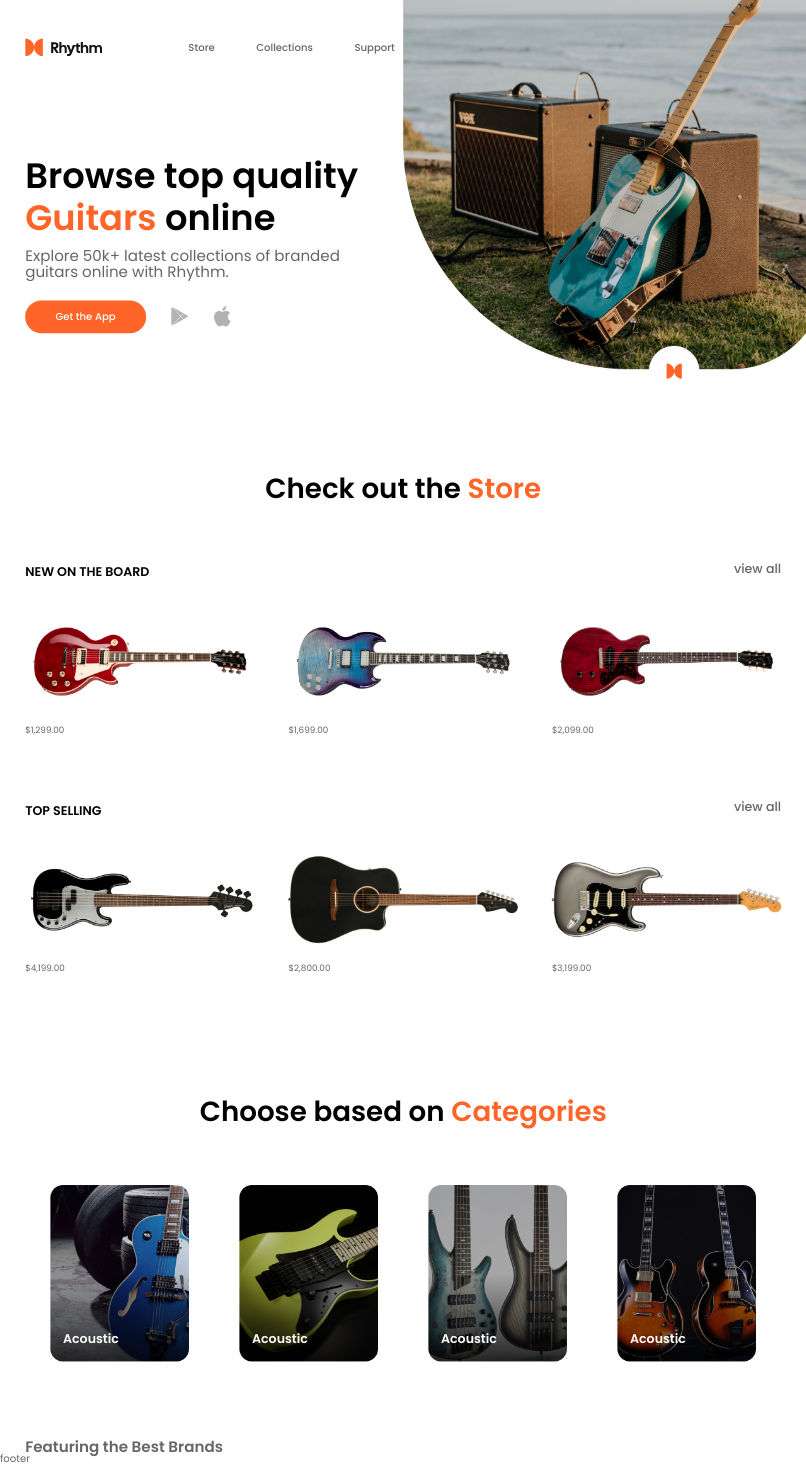
Repository: MorgunovaAlexandra/verstka-gitare-store
Page: index.html
The author's editor kept a copy of each file at every save. The page is drawn from the files as they stood at one save, then again after the next save.
The browser window is 1280 px wide. The pictures show the whole page, at 63% of full size.

Above is the page before, as saved 2022-06-11 17:33:25.

### index.html
<!DOCTYPE html>
<html lang="en">
<head>
    <meta charset="UTF-8">
    <meta http-equiv="X-UA-Compatible" content="IE=edge">
    <meta name="viewport" content="width=device-width, initial-scale=1.0">
    <link rel="stylesheet" href="./style.css">
    <title>Document</title>
</head>
<body>
    <div class="wrapper">
        <header class="header">
            <div class="header__container _container">
                <a href="" class="header__logo">
                    <img src="./img/logo.svg" alt="">
                </a>
                <nav class="header__menu menu">
                    <ul class="menu__list">
                        <li class="menu__item">
                            <a href="" class="menu__link">Store</a>
                        </li>
                        <li class="menu__item">
                            <a href="" class="menu__link">Collections</a>
                        </li>
                        <li class="menu__item">
                            <a href="" class="menu__link">Support</a>
                        </li>
                    </ul>
                </nav>
            </div>
        </header>
        <main class="page">
            <section class="page__main main">
                <div class="main__container _container">
                    <div class="main__content">
                        <h1 class="main__title">Browse top quality <span>Guitars</span> online</h1>
                        <p class="main__text">Explore 50k+ latest collections of branded guitars online with Rhythm.</p>
                        <div class="main_actions actions-main">
                            <a href="" class="actions-main__button">Get the App</a>
                            <div class="actions-main__icon"><img src="./img/Group.png" alt="playMarket"></div>
                            <div class="actions-main__icon"><img src="./img/Apple logo.png" alt="apple"></div>
                        </div>
                    </div>
                    <div class="main_decor decor-main">
                        <div class="decor-main__image">
                            <img  src="./img/unsplash_H6j0Zsy91WY.png"alt="Main">
                        </div>
                    </div>
                </div>
            </section>
            <section class="page_store store">
               <div class="store_container _container">
                   <h2 class="store_title _title">
                    Check out the <span>Store</span>
                   </h2>
                   <div class="store__body body-store">
                       <div class="body-store__header">
                           <div class="body-store__title">NEW ON THE BOARD</div>
                           <a class="body-store__all">view all</a>
                       </div>
                       <div class="body-store__items">
                           <div class="body-store__item item">
                             <a href="" class="item__image">
                                 <img class="img-gitara" src="./img/1gitara.jpg" alt="gitare">
                             </a>
                             <div class="item__title">The Essential Les Paul</div>
                             <div class="item__price">$1,299.00</div>
                           </div>
                           <div class="body-store__item item">
                            <a href="" class="item__image">
                                <img  class="img-gitara" src="./img/2gitare.jpg" alt="gitare">
                            </a>
                            <div class="item__title">J-45 Standard</div>
                            <div class="item__price">$1,699.00</div>
                          </div>
                          <div class="body-store__item item">
                            <a href="" class="item__image">
                                <img  class="img-gitara" src="./img/3gitare.jpg" alt="gitare">
                            </a>
                            <div class="item__title">Hummingbird Standard</div>
                            <div class="item__price">$2,099.00</div>
                          </div>

                       </div>
                    <div class="body-store__header he">
                        <div class="body-store__title">TOP SELLING</div>
                        <a class="body-store__all">view all</a>
                    </div>
                       <div class="body-store__items">
                        <div class="body-store__item item">
                            <a href="" class="item__image">
                                <img class="img-gitara" src="./img/4gitare.jpg" alt="gitare">
                            </a>
                            <div class="item__title">Active Precision Bass® PH V</div>
                            <div class="item__price">$4,199.00</div>
                        </div>
                        <div class="body-store__item item">
                            <a href="" class="item__image">
                                <img class="img-gitara" src="./img/5gitare.jpg" alt="gitare">
                            </a>
                            <div class="item__title">Redondo Special</div>
                            <div class="item__price">$2,800.00</div>
                        </div>
                        <div class="body-store__item item">
                            <a href="" class="item__image">
                                <img class="img-gitara" src="./img/6gitare.jpg" alt="gitare">
                            </a>
                            <div class="item__title">Professional II Stratocaster®</div>
                            <div class="item__price">$3,199.00</div>
                        </div>
                      </div>
                   </div>
               </div>
            </section>
            <section class="page_categories categories">
              <div class="categories__container _container">
                <h2 class="categories__title _title">
                    Choose based on <span>Categories</span>
                </h2>
                <div class="categories__items">
                   <div class="categories__item item">

                       <img class="item__img" src="./img/categories/Rectangle 139.jpg">
                        <h2 class="item__title">Acoustic</h2>
                   </div>
                   <div class="categories__item item">
                    <img class="item__img" src="./img/categories/Rectangle 140.jpg">
                     <h2 class="item__title">Acoustic</h2>
                </div>
                <div class="categories__item item">
                    <img class="item__img" src="./img/categories/Rectangle 141.jpg">
                     <h2 class="item__title">Acoustic</h2>
                </div>
                <div class="categories__item item">
                    <img class="item__img" src="./img/categories/Rectangle 142.jpg">
                     <h2 class="item__title">Acoustic</h2>
                </div>
                </div>
              </div>

            </section>
            <section class="page__brand brand">
                <div class="brand__container _container">
                    <h2 class="brand__title title">Featuring the <span>Best Brands</span></h2>
                </div>
            </section>
        </main>
        <footer class="footer">footer</footer>
    </div>

</body>
</html>

### style.css
@import url('https://fonts.googleapis.com/css2?family=Poppins:wght@400;500;600&display=swap');
*,*::before,*::after{
    margin: 0;
    padding: 0;
    box-sizing: border-box;
    border: none;
}
html,body{
    height: 100%;
    min-width: 320px;
}
body{
    line-height: 1;
    font-family: Poppins;
    font-size: 16px;
    color:#666666;
}
ul{}
li{
    list-style: none;
}
a{
    text-decoration: none;
    color:#666666;
    font-weight: 500;

}
/*-----------------------------------*/
._container{
    max-width: 1230px;
    margin: 0 auto;
    padding: 0px 15px;
}
._title{
    font-size: 44px;
    line-height: 52px;
    color:black
}
._title span{
    color:#FF6428
}
/*-----------------------------------*/
.wrapper{
    display: flex;
    flex-direction: column;
    min-height: 100%;
    overflow: hidden;
}

/*------------------header------------------*/
.header__container{
    display: flex;
    gap:131px;
    min-height: 152px;
    align-items: center;
}
.header__logo{

}
.menu__list{
    display: flex;
    gap:56px;
}
.menu__item{
padding: 5px;
background-color:rgba(255,255,255,0.5);
}
.header{
    position: absolute;
    top:0;
    left: 0;
    width: 100%;
    z-index: 20;
}
@media(max-width:1092px) {
    .header__container{
        gap:50px;
        min-height: 100px;
    }
    .menu__list{
        gap:40px;
    }
}
@media(max-width:768.98px){
    .header__container{
        min-height: 50px;
    }
}
@media(max-width:479.98px){
    .menu__list{
        gap:20px
    }
    .header__logo{
        width: 28px;
        overflow: hidden;
        flex: 0 0 28px
    }
    .header__container{
        gap:20px;
    }
    .menu{
        padding: 0;
    }
}
/*------------------main------------------*/
.page{
    flex:1 1 auto
}
.page__main {
}
.main {
    padding-bottom: 80px;
}
.main__container {
    display: flex;
}
._container {
}
.main__content {
    display: flex;
    flex-direction: column;
    justify-content: space-between;
    flex:1 1 50%;
    align-self: flex-end;
    padding-bottom: 60px;
    padding-top: 120px;
    padding-right: 20px;
}
.main__title {
    font-size: 3.5rem;
    line-height: 67px;
    color:black;
    margin-bottom: 16px;
}
.main__title span{
    color:#FF6428
}
.main__text {
    margin-bottom: 34px;
    font-size: 1.5rem;
}
.main_actions {
}
.actions-main {
    display: flex;
    gap: 40px;
    align-items: center;
}
.actions-main__button {
    background-color: #FF6428;
    color:white;
    padding: 18px 48px;
    border-radius: 40px;
    text-align: center;
    transition: all 0.3s ease 0s;
}
.actions-main__button:hover{
    background-color:#b03808
}
.actions-main__icon {
}
.main_decor {
    flex:1 1 50%
}
.decor-main {
}
.decor-main__image {
    margin-right: -135px;
    position: relative;


}
.decor-main__image img{
    max-width: 672px;
}
.decor-main__image::after{
    content: "";
    background: url("./img/Group\ 5189.png");
    width: 80px;
    height: 80px;
    position: absolute;
    right: 36%;
    bottom: 0;
    transform: translate(0,50%);
}
@media(max-width:1092px){
    .decor-main__image img{
        width: 100%;

    }
    .main__content {
        flex:0 0 60%;
        padding-bottom: 0;
    }
    .main_decor {
        flex:0 0 40%
    }
}
@media(max-width:767.97px){
    .main_decor {
        display: none;
    }
    .main__content {
        flex: 1 1 100%;
        padding-right: 0;
        padding-top: 80px;
    }
    .main__title {
        font-size: 44px;
    }
}
@media(max-width:497.98px){
    .actions-main__button {
        flex:1 1 100%;
    }
    .actions-main__icon {
        display: none;
    }
}
/*-----------SECTION2--------------*/
.store_title{
    text-align: center;
    margin-bottom: 92px;
}

.page_store {
}
.store {
    padding-top: 80px;
    padding-bottom: 90px;
}
.store_container {
}
._container {
}


.store__body {
}
.body-store {
}
.body-store__header {
    display: flex;
    justify-content: space-between;
    gap:15px;
    margin-bottom: 32px;
}
.body-store__title {
    font-size: 20px;
    line-height: 30px;
    color:black;
    font-weight: 600;
}
.body-store__all {
    font-weight: 500;
    font-size: 20px;
}
.body-store__items{
    display: flex;
    justify-content: space-between;
    flex-wrap: wrap;
    margin-bottom: 102px;
}
.item__title{
    font-size: 16px;
    font-weight: 500;
    color:#121212;
    line-height: 24px;
    margin-bottom: 7px;
}
.item__price{
    font-size: 14px;
    line-height: 21px;
    font-weight: 400;
}
.item__image{
    padding-bottom: 40px;

}
.img-gitara{
    max-width: 364px;
}
@media(max-width:767.97px){
    .he{
        display: none;
    }
    .item{
        max-width: 50%;
    }
    .img-gitara{
        width: 100%;
    }
}
@media(max-width:497.98px){
    .he{
        display: none;
    }
    .item{
        max-width: 90%;
    }
    .img-gitara{
        width: 100%;
    }
    .body-store__items{
        justify-content: center;
    }
    .body-store__items{
        margin-bottom: 0;
    }
    .store_title {
        margin-bottom: 10px;
    }
    .store {
        padding-top: 0px;
    }
    .body-store__title {
        font-size: 16px;
    }
    .main{
        padding-bottom: 18px;
    }
}


/*----------SECTION3----------------------*/
.categories__items{
    display: flex;
    justify-content: space-around;
    flex-wrap: wrap;
}
.categories__title{
    text-align: center;
    margin-bottom: 80px;
}
.categories__item{
    position: relative;
    padding: 10px;
}
.item__title{
    position: absolute;
    top:80%;
    left: 30px;
    color:white;
    font-weight: 600;
    font-size: 20px;
}
.page_categories{
    padding-bottom: 110px;
}

After the next save:
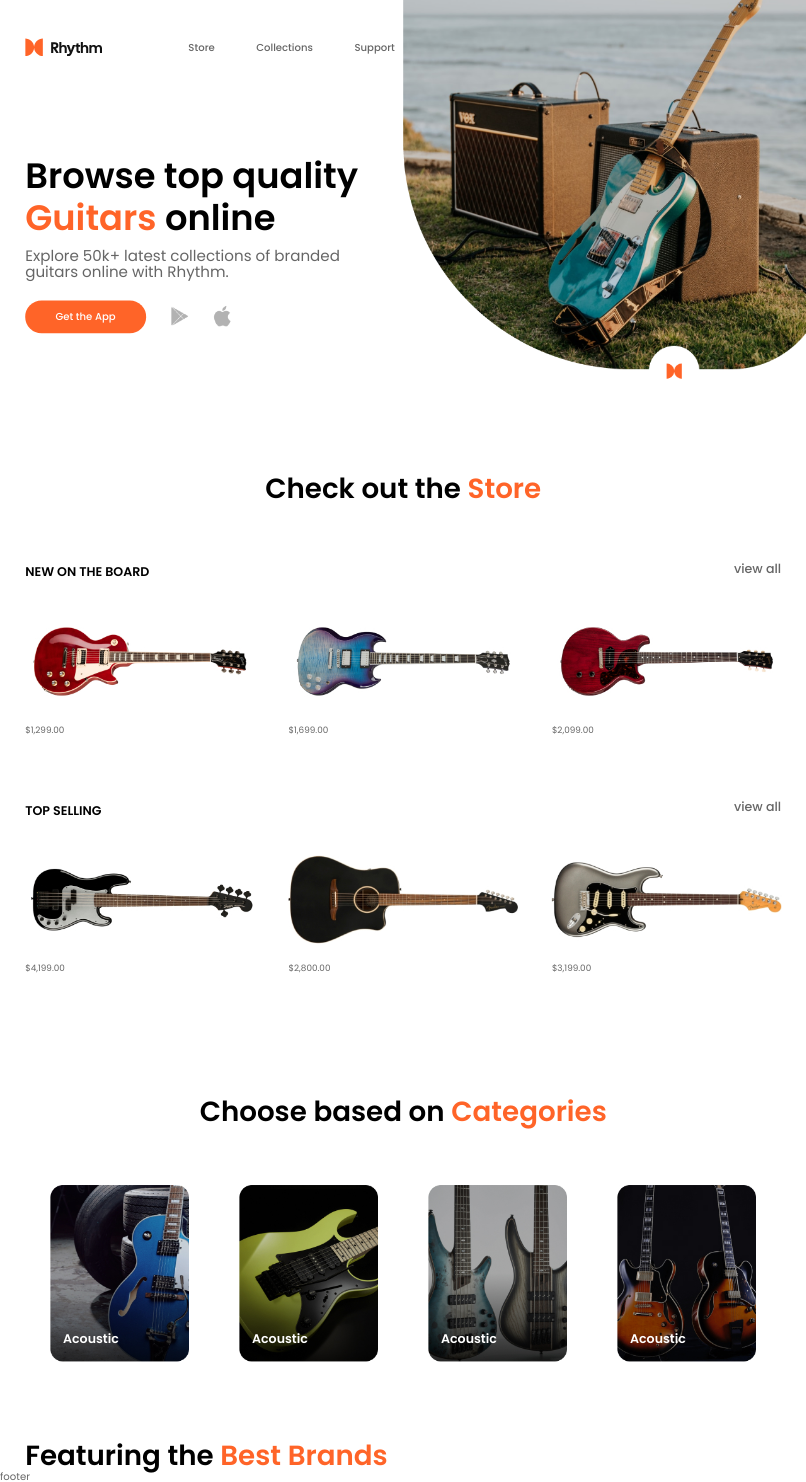
Saved 15 s later.
--- a/index.html
+++ b/index.html
@@ -141,7 +141,7 @@
             </section>
             <section class="page__brand brand">
                 <div class="brand__container _container">
-                    <h2 class="brand__title title">Featuring the <span>Best Brands</span></h2>
+                    <h2 class="brand__title _title">Featuring the <span>Best Brands</span></h2>
                 </div>
             </section>
         </main>
